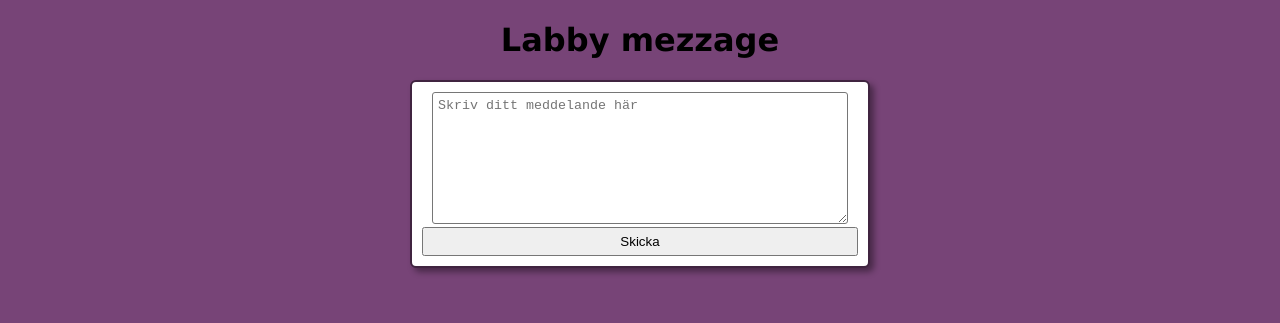
Repository: jk222rp/1dv403-laborationer
Page: 2-labbymezzage/index.html
The author's editor kept a record of every edit. The page is drawn from the files as they stood at one moment, then again after the next edit.
The browser window is 1280 px wide. The pictures show the whole page.

Above is the page before.

### 2-labbymezzage/index.html
<!doctype html>
<html lang="sv">
    <head>
        <meta charset="UTF-8" />
        <title>Labbymezzage</title>

        <link rel="stylesheet" type="text/css" href="css/style.css" />

        <script src="js/Message.js"></script>
        <script src="js/MessageBoard.js"></script>
    </head>
    <body>
        <div id="container">
            <div id="header">
                <h1>Labby mezzage</h1>
            </div>
            <div id="content">
                <div id="theMessages">

                </div>
                <textarea placeholder="Skriv ditt meddelande här" id="aMessage" name="aMessage"></textarea>
                <button id="sendButton">Skicka</button>
            </div>
        </div>
    </body>
</html>

### 2-labbymezzage/css/style.css
/* http://meyerweb.com/eric/tools/css/reset/
   v2.0 | 20110126
   License: none (public domain)
*/

html, body, div, span, applet, object, iframe,
h1, h2, h3, h4, h5, h6, p, blockquote, pre,
a, abbr, acronym, address, big, cite, code,
del, dfn, em, img, ins, kbd, q, s, samp,
small, strike, strong, sub, sup, tt, var,
b, u, i, center,
dl, dt, dd, ol, ul, li,
fieldset, form, label, legend,
table, caption, tbody, tfoot, thead, tr, th, td,
article, aside, canvas, details, embed,
figure, figcaption, footer, header, hgroup,
menu, nav, output, ruby, section, summary,
time, mark, audio, video {
	margin: 0;
	padding: 0;
	border: 0;
	font-size: 100%;
	font: inherit;
	vertical-align: baseline;
}
/* HTML5 display-role reset for older browsers */
article, aside, details, figcaption, figure,
footer, header, hgroup, main, menu, nav, section {
	display: block;
}
body {
	line-height: 1;
}
ol, ul {
	list-style: none;
}
blockquote, q {
	quotes: none;
}
blockquote:before, blockquote:after,
q:before, q:after {
	content: '';
	content: none;
}
table {
	border-collapse: collapse;
	border-spacing: 0;
}

/*END OF RESET*/

/*START OF STYLE*/

/*COLORS
    Background: #747 (purple)
    Content background: #fff (white)
    Messages background: #AD8FAD (light purple)
    Header text: #000 (black)
    Borders: #402440 (dark purple)
*/


body {
    background-color: #747;
    font-size: 1em;
}

#container {
    margin: 0 auto;
    max-width: 480px;
}

#header {
    height: 60px;
    margin: 10px;
}

h1 {
    color: #000;
    font-family: Verdana, arial, sans-serif;
    font-size: 2em;
    font-weight: bold;
    line-height: 60px;
    text-align: center;
}

#content {
    background-color: #fff;
    border: 2px solid #402440;
    border-radius: 6px;
    box-shadow: 4px 4px 6px rgba(0, 0, 0, 0.4);
    margin: 10px;
    padding: 10px;
}

#theMessages div {
    background-color: #AD8FAD;
    border: 1px solid #747;
    border-radius: 3px;
    box-shadow: 0 2px 3px rgba(0, 0, 0, 0.4);
    color: #000;
    font-family: verdana, arial, sans-serif;
    font-size: 0.8em;
    line-height: 1.4em;
    margin: 10px;
    padding: 10px;
    text-align: left;
}

#theMessages div p:last-child {
    color: #747;
    font-family: verdana, arial, sans-serif;
    font-size: 0.8em;
    margin: 0 -5px -5px 0;
    text-align: right;
}

#theMessages p:last-child {
    color: #888;
    font-family: verdana, arial, sans-serif;
    font-size: 0.8em;
    line-height: 1.4em;
    margin: 10px;
    text-align: right;
}

textarea {
    border-radius: 3px;
    height: 120px;
    margin: 0 10px;
    padding: 5px;
    width: calc(100% - 32px);
}

button {
    padding: 5px;
    width: 100%;
}

button:hover {
    font-weight: bold;
}

### 2-labbymezzage/js/Message.js
"use strict"

function Message(message, date){

    this.getMessage = function() {
        return message;
    };

    this.setMessage = function(_message) {
        message = _message;
    };

    this.getDate = function() {
        return date;
    };

    this.setDate = function(_date) {
        date = _date;
    };
}

Message.prototype.getDateText = function() {
    return this.getDate().toLocaleTimeString();
};

Message.prototype.getHTMLText = function() {
    return this.getMessage().replace(/\n/g, "<br />");
};

Message.prototype.toString = function() {
    return this.getMessage() + " (" + this.getDate() + ")";
};

### 2-labbymezzage/js/MessageBoard.js
"use strict"

var MessageBoard = {

    messages: [],

    renderMessages: function() {
        var count = 0;
        var theMessages = document.getElementById("theMessages");

        // Remove all messages
        theMessages.innerHTML = "";

        // Renders all messages
        for (var i = 0; i < MessageBoard.messages.length; i++) {
            MessageBoard.renderMessage(i);
            count = i;
        }

        // Adds message counter
        var numberOfMessages = document.createElement("p");
        numberOfMessages.innerHTML = "Antal meddelanden: " + (count + 1);
        theMessages.appendChild(numberOfMessages);
    },

    renderMessage: function(messageID) {
        var date = document.createElement("p");
        var div = document.createElement("div");
        var text = document.createElement("p");
        var theMessages = document.getElementById("theMessages");

        // Gets the text
        text.innerHTML = MessageBoard.messages[messageID].getHTMLText();
        div.appendChild(text);

        // Get the date
        date.innerHTML = MessageBoard.messages[messageID].getDateText();
        div.appendChild(date);

        // Renders the message
        theMessages.appendChild(div);
    },

    init: function() {
        var button = document.getElementById("sendButton");
        var message = document.getElementById("aMessage");

        button.onclick = function(){
            MessageBoard.messages.push(new Message(message.value, new Date()));
            MessageBoard.renderMessages();
        };
    }

};

window.onload = MessageBoard.init;

After the next edit:
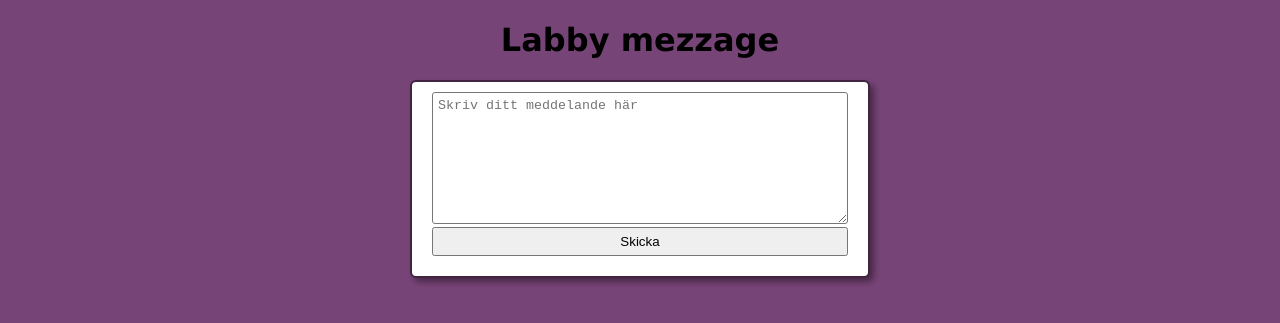
The edit:
--- a/2-labbymezzage/css/style.css
+++ b/2-labbymezzage/css/style.css
@@ -133,8 +133,9 @@
 }
 
 button {
+    margin: 0 10px 10px 10px;
     padding: 5px;
-    width: 100%;
+    width: calc(100% - 20px);
 }
 
 button:hover {
